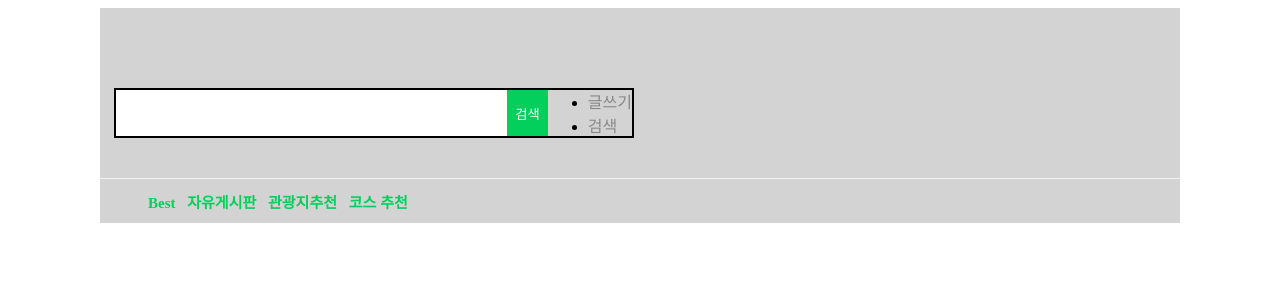
Repository: HJCroCat/project4
Page: http://localhost/koravle/boardMain.jsp
An editor plug-in stored every save of this project. The page is shown before and after the next save, followed by the edit.
The browser window is 1280 px wide. The pictures show the whole page.
The page is served by Tomcat 9. Nobody is signed in. The application's start-up code is not run.

Above is the page before, as saved 2021-12-10 10:20:06.

After the next save:
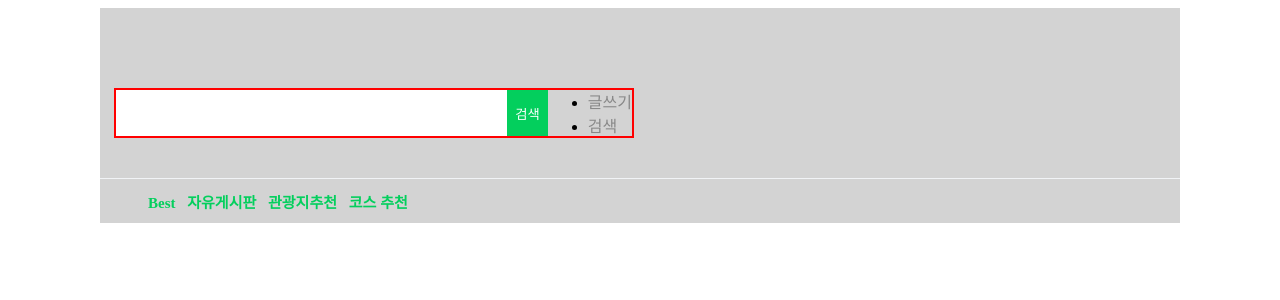
Saved 19 s later.
--- a/koravle/koravle/src/main/webapp/resources/style/stylecss.css
+++ b/koravle/koravle/src/main/webapp/resources/style/stylecss.css
@@ -38,7 +38,7 @@ fieldset {
 .search_box {
   width: 520px;
   height: 50px;
-  border: 2px solid black;
+  border: 2px solid #ff0000;
   display: flex;
   align-items: center;
 }
